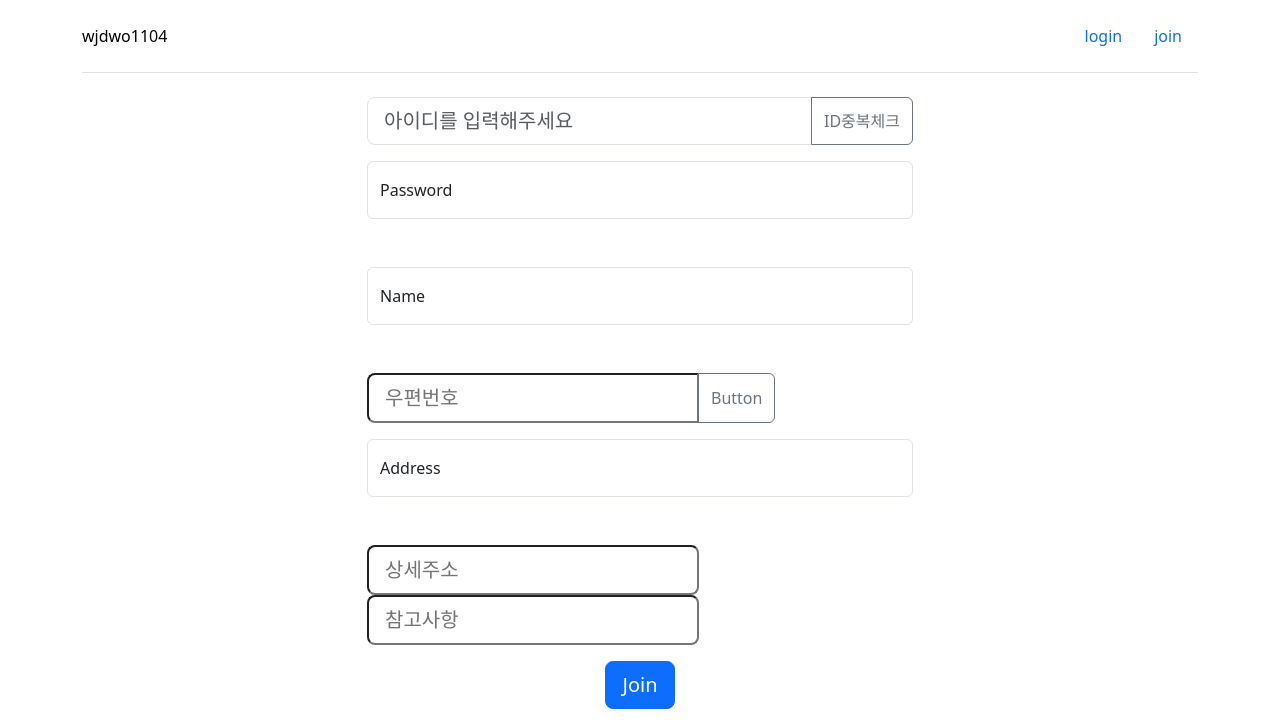
Repository: gain00/lecture1
Page: http://localhost/db-connect/join-form.jsp
An editor plug-in stored every save of this project. The page is shown before and after the next save, followed by the edit.
The browser window is 1280 px wide. The pictures show the whole page.
The page is served by Tomcat 9.

Above is the page before, as saved 2023-06-08 01:02:42.

After the next save:
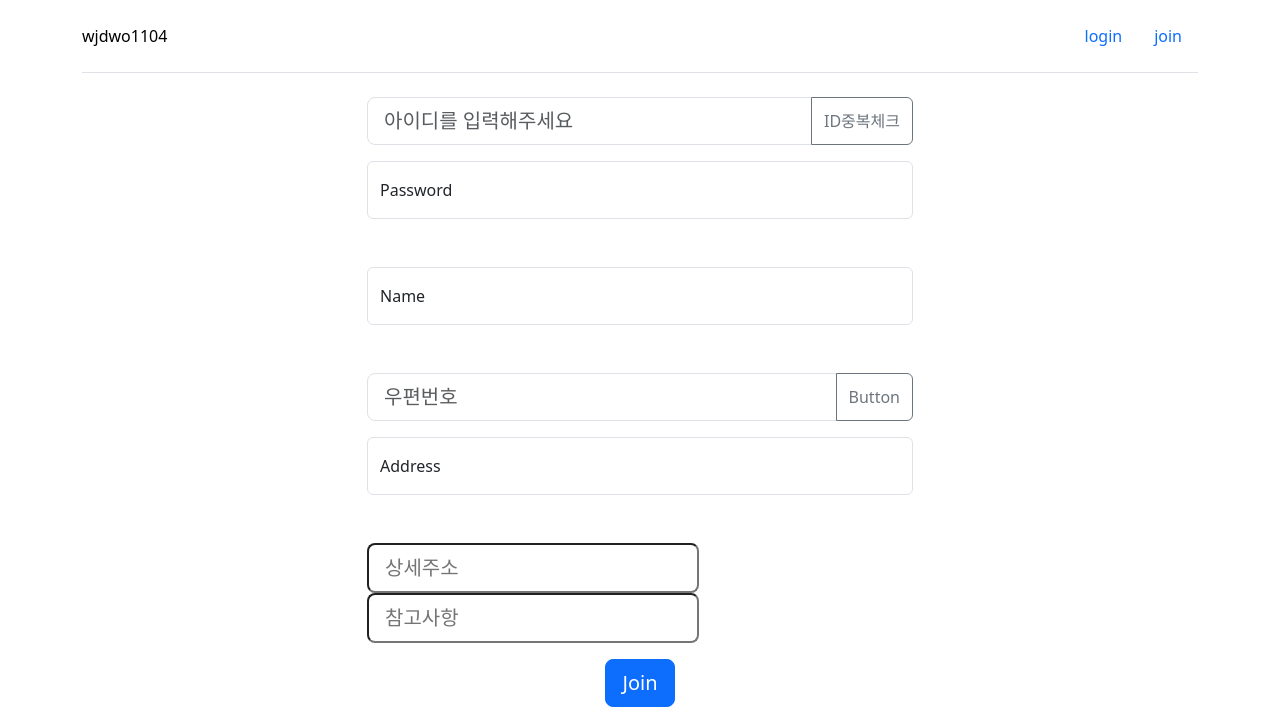
Saved 13 s later.
--- a/db-connect/src/main/webapp/join-form.jsp
+++ b/db-connect/src/main/webapp/join-form.jsp
@@ -22,7 +22,7 @@
           </div>
 
           <div class="input-group mb-3">
-            <input type="text" class="form-control-lg" placeholder="우편번호" id="zonecode" name="zonecode" readonly />
+            <input type="text" class="form-control form-control-lg" placeholder="우편번호" id="zonecode" name="zonecode" readonly />
             <button class="btn btn-outline-secondary" type="button" id="button-addon2" onclick="searchZonecode()">Button</button>
           </div>
 
